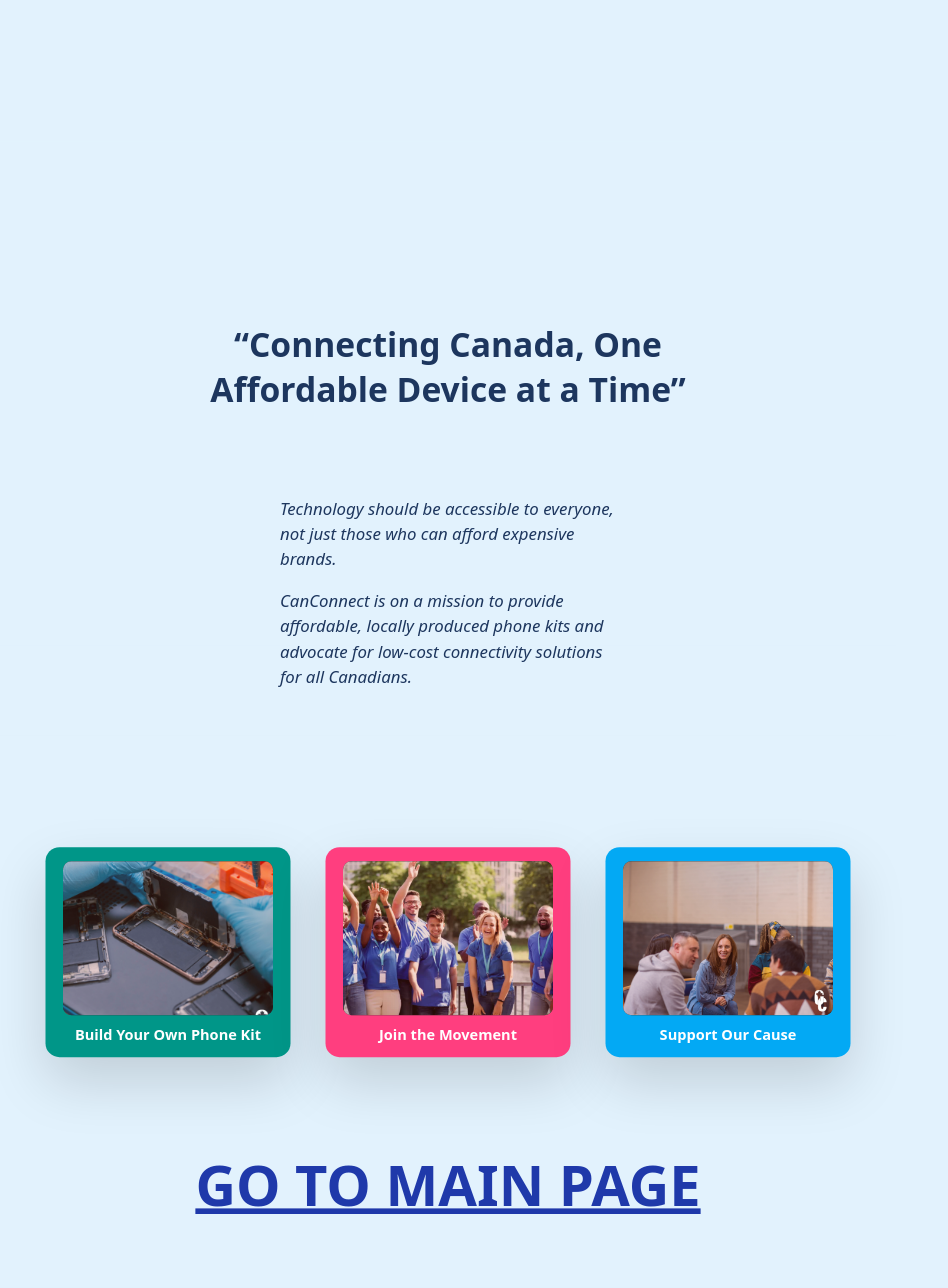
Repository: katelynyew/communityWebsite
Page: index.html
An editor plug-in stored every save of this project. The page is shown before and after the next save, followed by the edit.
The browser window is 1280 px wide. The page is 1354 px wide, so the pictures cover 1354 px, including what lies to the right of the window. The pictures show the part of the page from y = 2085 to 3925 px (the page is 3925 px tall), at 70% of full size.
Some web fonts or font styles are not loaded; a fallback is used. Some web libraries are served in a nearby version.

Above is the page before, as saved 2025-04-03 04:19:56.

After the next save:
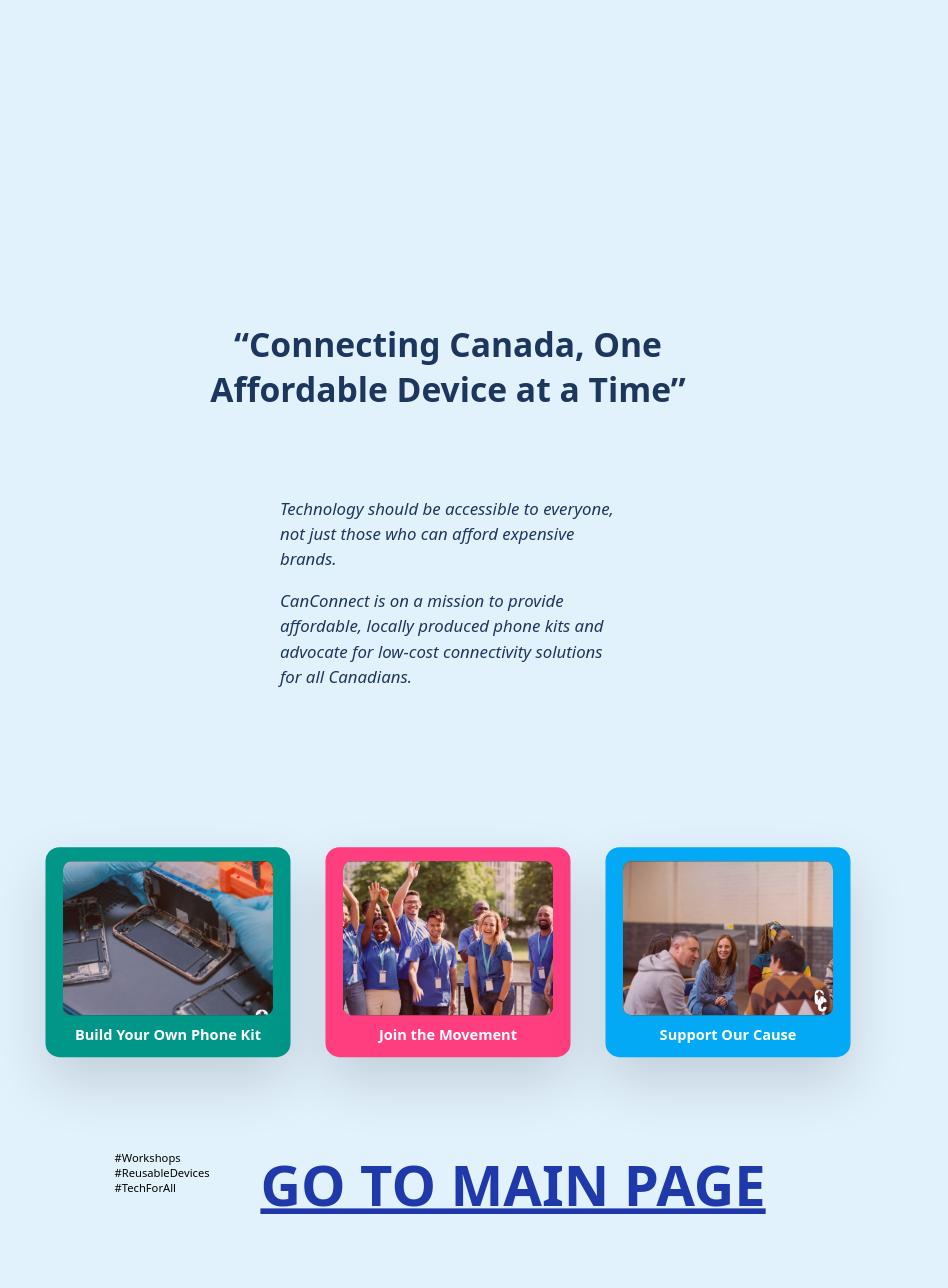
Saved 8 min 37 s later.
--- a/index.html
+++ b/index.html
@@ -92,6 +92,17 @@
         <a href="#">– Donate today</a>
       </div>
     </div>
+    <div class="row">
+      <p class="tags">
+        #Workshops
+      </p>
+      <p class="tags">
+        #ReusableDevices
+      </p>
+      <p class="tags">
+        #TechForAll
+      </p>
+    </div>
     <div class="home">
       <a href="https://sites.google.com/my.yorku.ca/canconnect/home?authuser=0">GO TO MAIN PAGE</a>
     </div>
